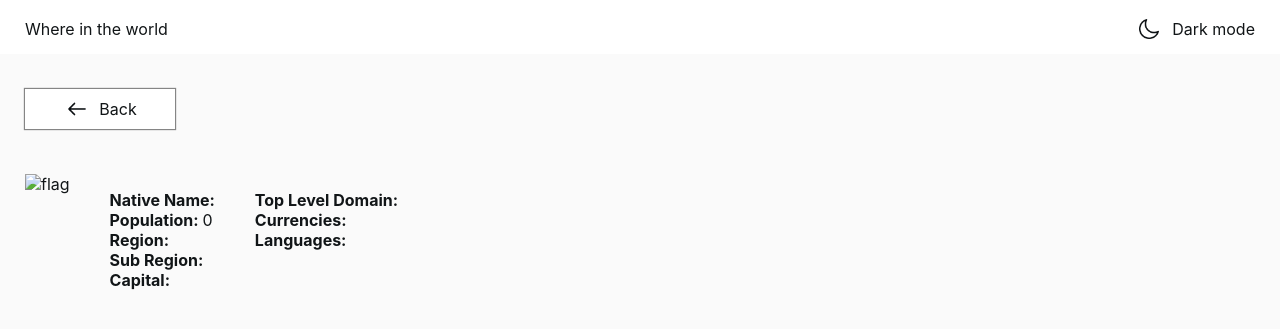
Repository: faithandjs/rest-countries-api
Page: /details
An editor plug-in stored every save of this project. The page is shown before and after the next save, followed by the edit.
The browser window is 1280 px wide. The pictures show the whole page.
The page's requests for data from a server got no answer. The project was rebuilt for these pictures with package versions that can differ from the ones it lists, and the page was loaded fresh each time. No one was signed in, and anything a server would have sent is missing. Also part of the build but not shown: src/components/home.tsx.

Above is the page before, as saved 2022-04-15 16:29:41.

After the next save:
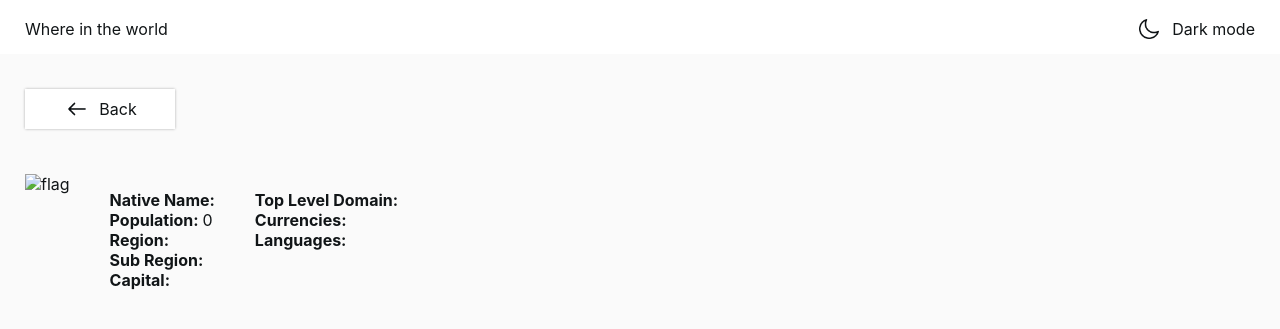
Saved 9 min 39 s later.
--- a/src/components/style/style.scss
+++ b/src/components/style/style.scss
@@ -19,10 +19,10 @@ $shadow: 0px 0px 1px 0.2px ;
             background-color: $element;
         }
         .border div{
-            box-shadow: 0px 0px 1px 0.5px $shadowColor;
+            box-shadow: 0px 0px 6px 0.1px $shadowColor;
         }
         .back{
-            box-shadow: 0px 0px 1px 0.7px $shadowColor;
+            box-shadow: 0px 0px 3px 0.2px $shadowColor;
         }
     }
     .home{
